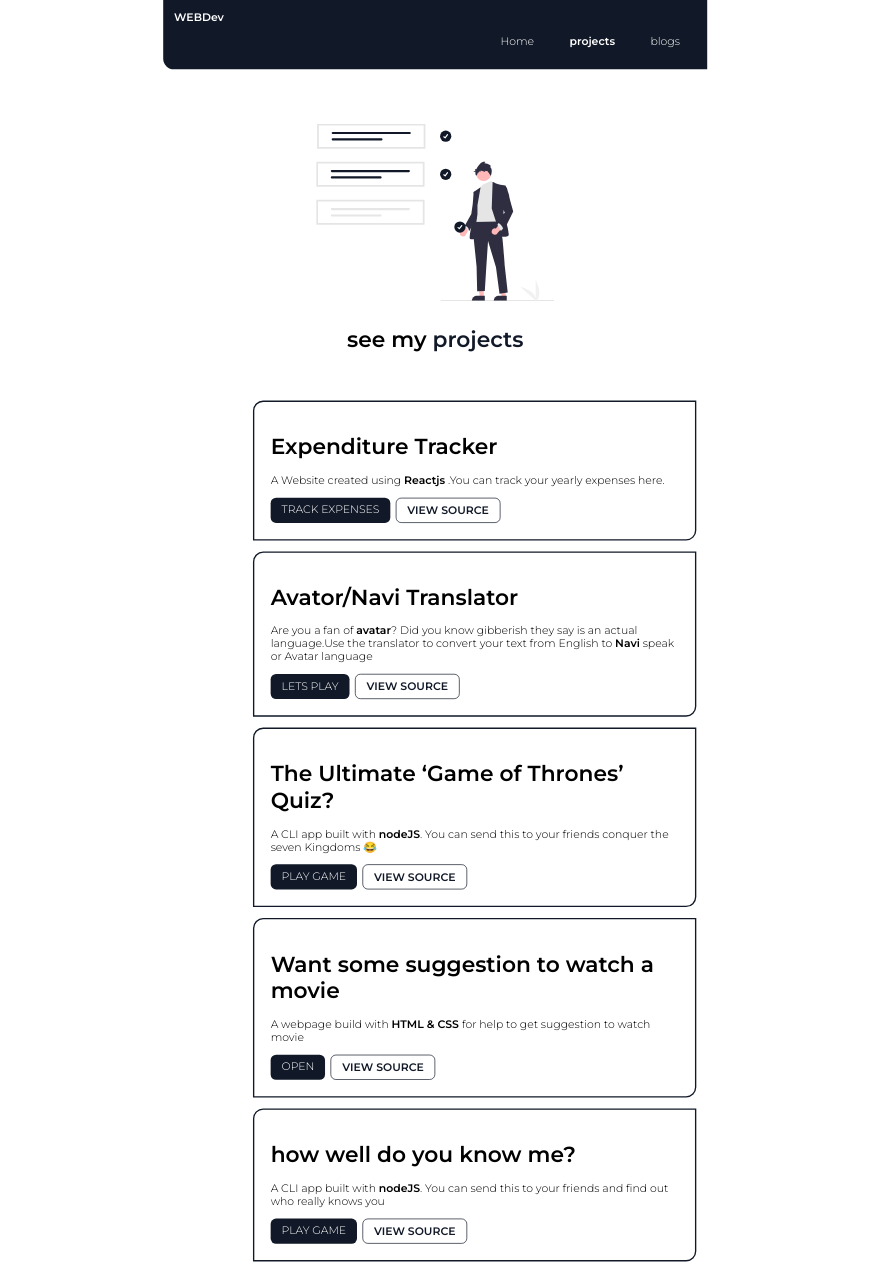
Repository: sohan2503001/Portfolio
Page: projects.html
An editor plug-in stored every save of this project. The page is shown before and after the next save, followed by the edit.
The browser window is 1280 px wide. The pictures show the whole page, at 68% of full size.

Above is the page before, as saved 2021-05-26 11:47:14.

After the next save:
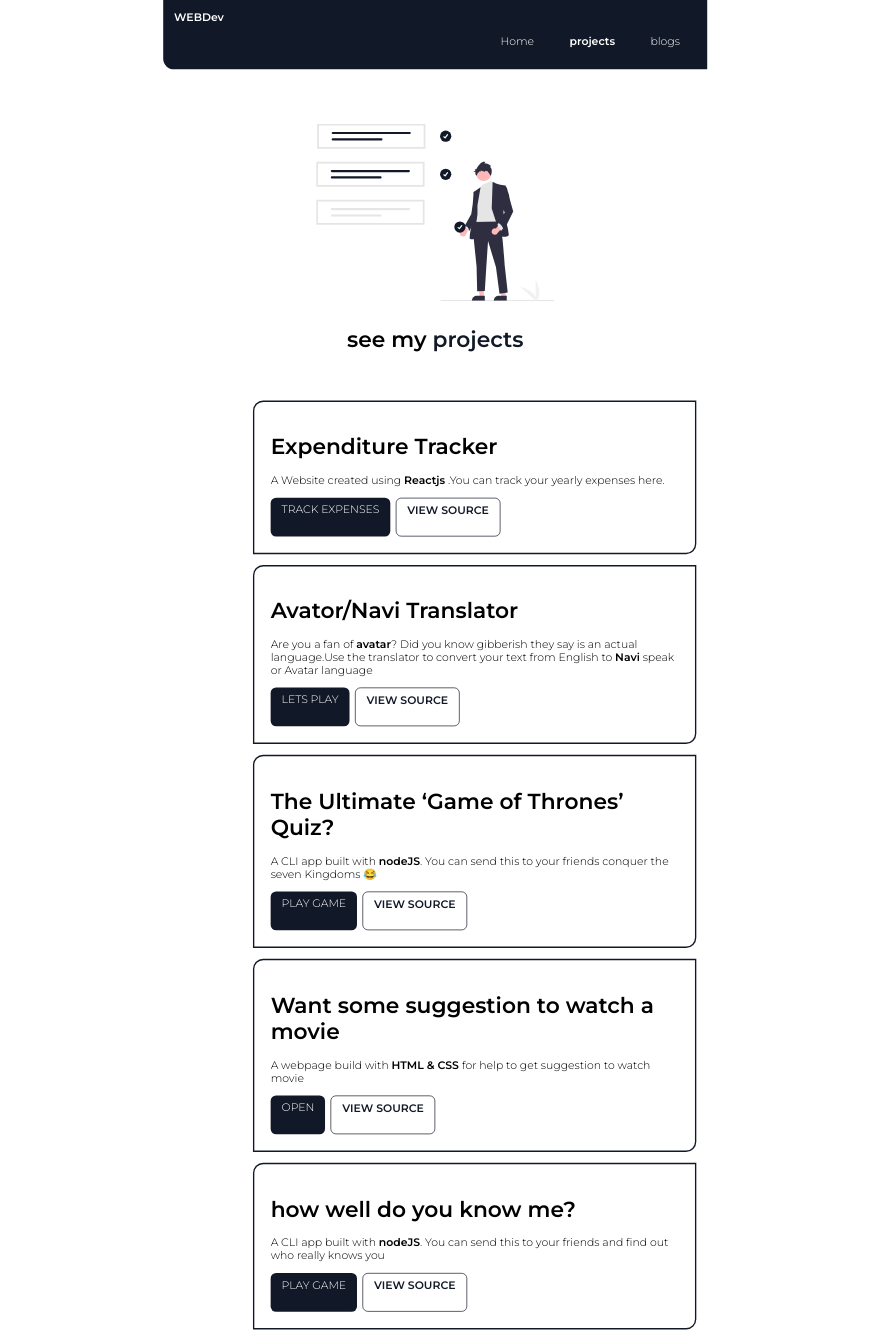
Saved 7 s later.
--- a/style.css
+++ b/style.css
@@ -38,7 +38,7 @@ hr{
     background-color: var(--primary-color);
     border-radius: 0.5rem;
     color:white;
-    padding-bottom: 10px;
+    padding-bottom: 30px;
 }
 
 .link-secondary{
